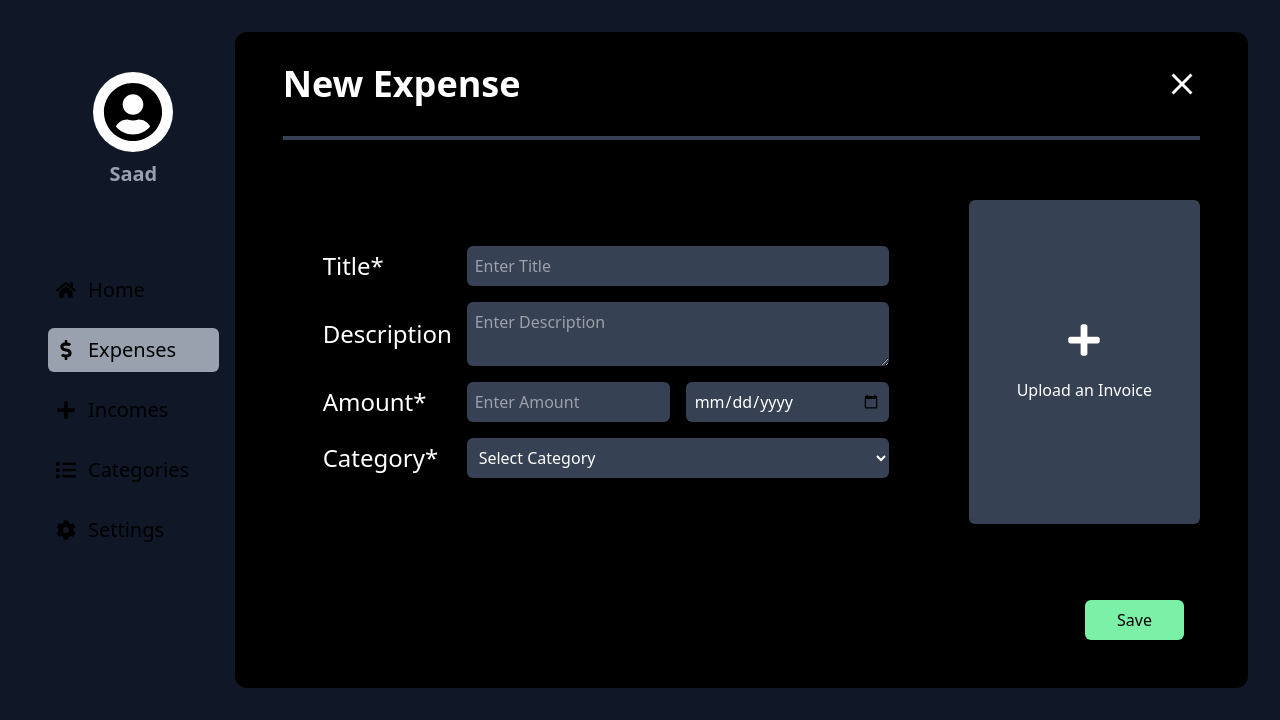
Repository: saad-naveed-brainx/Expense
Page: /expenses
An editor plug-in stored every save of this project. The page is shown before and after the next save, followed by the edit.
The browser window is 1280 px wide. The pictures show the whole page.
The project was rebuilt for these pictures with package versions that can differ from the ones it lists, and the page was loaded fresh each time. Also part of the build but not shown: vite.config.js, src/components/LandingPage.jsx, src/components/NotUsed.jsx.

Above is the page before, as saved 2025-09-04 17:35:35.

### index.html
<!doctype html>
<html lang="en">
  <head>
    <meta charset="UTF-8" />
    <link rel="icon" type="image/svg+xml" href="/vite.svg" />
    <link rel="stylesheet" href="/src/index.css" />
    <meta name="viewport" content="width=device-width, initial-scale=1.0" />
    <title>Vite + React</title>
  </head>
  <body>
    <div id="root"></div>
    <script type="module" src="/src/main.jsx"></script>
  </body>
</html>

### src/index.css
@import "tailwindcss";
@variant dark (.dark &);

### src/main.jsx
import { createRoot } from "react-dom/client";
import { Provider } from "react-redux";
import store from "./redux/store.js";
import "./index.css";
import App from "./App.jsx";

createRoot(document.getElementById("root")).render(

    <Provider store={store}>
      <App />
    </Provider>
);

### src/redux/store.js
import {configureStore} from '@reduxjs/toolkit'
import expenseReducer from './ExpenseSlice'
import themeReducer from './ThemeSlics'

export default configureStore({
    reducer: {
        expense: expenseReducer,
        theme: themeReducer,
    },
})

### src/App.jsx

import { Route,createBrowserRouter,createRoutesFromElements,RouterProvider } from 'react-router-dom'
import RootLayout from './components/RootLayout'
import LandingPage from './components/LandingPage'
import Expenses from './components/Expenses'
import NotUsed from './components/NotUsed'

function App() {

  const router = createBrowserRouter(
    createRoutesFromElements(
      <Route path='/' element={<RootLayout />}>
        <Route index element={<LandingPage />} />
        <Route path='/expenses' element={<Expenses />} />
        <Route path='/incomes' element={<NotUsed pageName="Incomes" />} />
        <Route path='/categories' element={<NotUsed pageName="Categories" />} />
        <Route path='/settings' element={<NotUsed pageName="Settings" />} />
      </Route>
    )
  )

  return (
    <RouterProvider router={router} />
  )
}

export default App

### src/redux/ExpenseSlice.js
import {createSlice } from '@reduxjs/toolkit'
import { v4 as uuidv4 } from 'uuid'


const initialState = {
    expenses: [{
        id: uuidv4(),
        amount: 0,
        date: null,
        category: '',
        description: '',
    }],
}


const expenseSlice = createSlice({
    name: 'expenseSlice',
    initialState,
    reducers:{
        addExpense: (state, action) =>{
            const newExpense = {
                id: uuidv4(),
                amount: action.payload.amount,
                date: new Date().toISOString(),
                category: action.payload.category,
                description: action.payload.description,
                title: '',
            }
            state.expenses.push(newExpense)
        },
        deleteExpense: (state, action) =>{
            state.expenses = state.expenses.filter(expense => expense.id !== action.payload.id)
            },
        editExpense: (state, action) =>{
            const index = state.expenses.findIndex(expense => expense.id === action.payload.id)
            if(index !== -1){
                state.expenses[index] = action.payload
            }
        },
    }
})

export const { addExpense, deleteExpense, editExpense } = expenseSlice.actions
export default expenseSlice.reducer

### src/redux/ThemeSlics.js
import { createSlice } from '@reduxjs/toolkit'

const initialState = {
    isDarkMode: localStorage.getItem('isDarkMode')? JSON.parse(localStorage.getItem('isDarkMode')):true,
}

const themeSlice = createSlice({
    name: 'themeSlice',
    initialState,
    reducers: {
        toggleTheme: (state) => {
            state.isDarkMode = !state.isDarkMode;
            localStorage.setItem('isDarkMode', JSON.stringify(state.isDarkMode));
        }
    }
})

export const { toggleTheme } = themeSlice.actions;

export default themeSlice.reducer;

### src/components/RootLayout.jsx
import React from 'react'
import LeftSection from './LeftSection'

import { Outlet } from 'react-router-dom'

export default function RootLayout() {
  return (
    <div className="flex w-full h-screen p-8 bg-gray-900">
      <div className="w-1/6">
        <LeftSection />
      </div>
      <div className="w-5/6"> <Outlet /></div>
    </div>
  );
}

### src/components/Expenses.jsx
import React from 'react'
import { IoMdClose } from "react-icons/io";
import { FaPlus } from "react-icons/fa";
import { useForm } from "react-hook-form"

export default function Expenses() {
  const {
    register,
    handleSubmit,
    watch,
    formState: { errors },
  } = useForm()

  const onSubmit = (data) => console.log(data)


  return (
    <div className='bg-black rounded-xl p-4 h-full flex flex-col py-8 px-12 text-white gap-15'>
      <div className='flex flex-col gap-8'>
      <div className='flex items-center justify-between'>
        <h1 className='text-white text-4xl font-bold'>New Expense</h1>
        <button className='text-white'>
          <IoMdClose className='text-4xl' />
        </button>
      </div>
      <div className='w-full h-1 bg-gray-700'></div>
      </div>
      <div className='flex items-center justify-evenly h-full gap-10'>
        <div className='w-full'>
          <form className='p-10 flex flex-col gap-4' onSubmit={handleSubmit(onSubmit)}>
            <div className='flex gap-4 items-center'>
              <h1 className='text-2xl w-32 shrink-0'>Title*</h1>
              <input type="text" placeholder='Enter Title' className='bg-gray-700 rounded-md p-2 flex-1 min-w-0' {...register("title", {required:true})} />
            </div>
            <div className='flex gap-4 items-center'>
              <h1 className='text-2xl w-32 shrink-0'>Description</h1>
              <textarea cols="40" type="text" placeholder='Enter Description' className='bg-gray-700 rounded-md p-2 flex-1 min-w-0' {...register("description")} />
            </div>
            <div className='flex gap-4 items-center'>
              <h1 className='text-2xl w-32 shrink-0'>Amount*</h1>
              <input
                type="number"
                min={0}
                placeholder='Enter Amount'
                className='bg-gray-700 rounded-md p-2 flex-1 min-w-0 '
                {...register("amount", { required: true, min: 0, valueAsNumber: true })}
              />
              <input type="date"  placeholder='Select Date' className='bg-gray-700 rounded-md p-2 flex-1 min-w-0' {...register("date", {required:true})} />
            </div>
            <div className='flex gap-4 items-center'>
              <h1 className='text-2xl w-32 shrink-0'>Category*</h1>
              <select placeholder='Select Category' className='bg-gray-700 rounded-md p-2 flex-1 min-w-0' {...register("category", {required:true})}>
                <option className='text-gray-400' value="select">Select Category</option>
                <option value="food">Food</option>
                <option value="transport">Transport</option>
                <option value="housing">Housing</option>
                <option value="utilities">Utilities</option>
              </select>
            </div>
          </form>
        </div>
        <div className='bg-gray-700 rounded-md p-2 h-full w-full flex flex-col gap-5 items-center justify-center cursor-pointer'>
          <FaPlus className='text-4xl' />
          <h1>Upload an Invoice</h1>
        </div>
      </div>

      <div className='flex items-center justify-end p-4'>
          <button type='submit' className='bg-green-300 rounded-md p-2 text-black px-8 py-2
          '>Save</button>
      </div>
    </div>

  )
}

### src/components/LeftSection.jsx
import React from "react";
import { FaUserCircle } from "react-icons/fa";
import NavCard from "./NavCard";
import { FaHome, FaDollarSign, FaPlus, FaList, FaCog } from "react-icons/fa";

const navJson = [
  {
    path: "/",
    title: "Home",
    icon: FaHome,
  },
  {
    path: "/expenses",
    title: "Expenses",
    icon: FaDollarSign,
  },
  {
    path: "/incomes",
    title: "Incomes",
    icon: FaPlus,
  },
  {
    path: "/categories",
    title: "Categories",
    icon: FaList,
  },
  {
    path: "/settings",
    title: "Settings",
    icon: FaCog,
  },
];

export default function LeftSection() {
  return (
    <div className="flex flex-col items-center justify-center p-4 pt-10 gap-20">
      <div className="flex flex-col items-center justify-center gap-2">
        <div className="rounded-full bg-white w-20 h-20 flex items-center justify-center">
          <FaUserCircle className="text-black text-6xl" />
        </div>
        <div className="text-gray-400 text-xl font-bold">Saad</div>
      </div>
      <div className="flex flex-col items-center justify-center gap-4 w-full">
        {navJson.map((item) => (
          <NavCard
            key={item.title}
            title={item.title}
            path={item.path}
            icon={item.icon}
          />
        ))}
      </div>
    </div>
  );
}

### src/components/NavCard.jsx
import React from "react";
import { NavLink } from "react-router-dom";

export default function NavCard({ title, icon: Icon, path }) {
    return (
        <NavLink
            to={path}
            className={({ isActive }) => `flex items-center justify-start cursor-pointer gap-3 p-2 rounded-md w-full ${isActive ? 'bg-gray-400' : ''}`}
        >
            {({ isActive }) => (
                <>
                    <Icon className={`text-black text-xl dark:text-white`} />
                    <h1 className={`text-black text-xl dark:text-white`}>{title}</h1>
                </>
            )}
        </NavLink>
    )
}

After the next save:
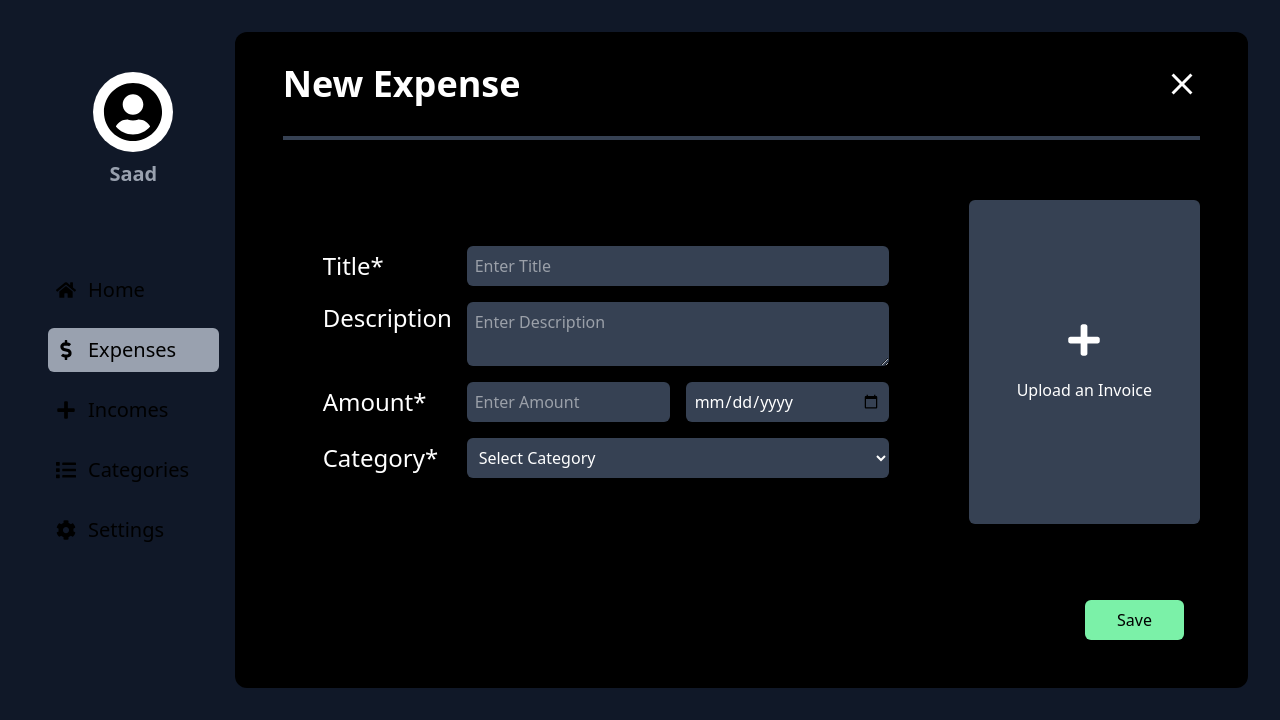
Saved 24 s later.
--- a/src/components/Expenses.jsx
+++ b/src/components/Expenses.jsx
@@ -32,7 +32,7 @@ export default function Expenses() {
               <h1 className='text-2xl w-32 shrink-0'>Title*</h1>
               <input type="text" placeholder='Enter Title' className='bg-gray-700 rounded-md p-2 flex-1 min-w-0' {...register("title", {required:true})} />
             </div>
-            <div className='flex gap-4 items-center'>
+            <div className='flex gap-4 items-start'>
               <h1 className='text-2xl w-32 shrink-0'>Description</h1>
               <textarea cols="40" type="text" placeholder='Enter Description' className='bg-gray-700 rounded-md p-2 flex-1 min-w-0' {...register("description")} />
             </div>
